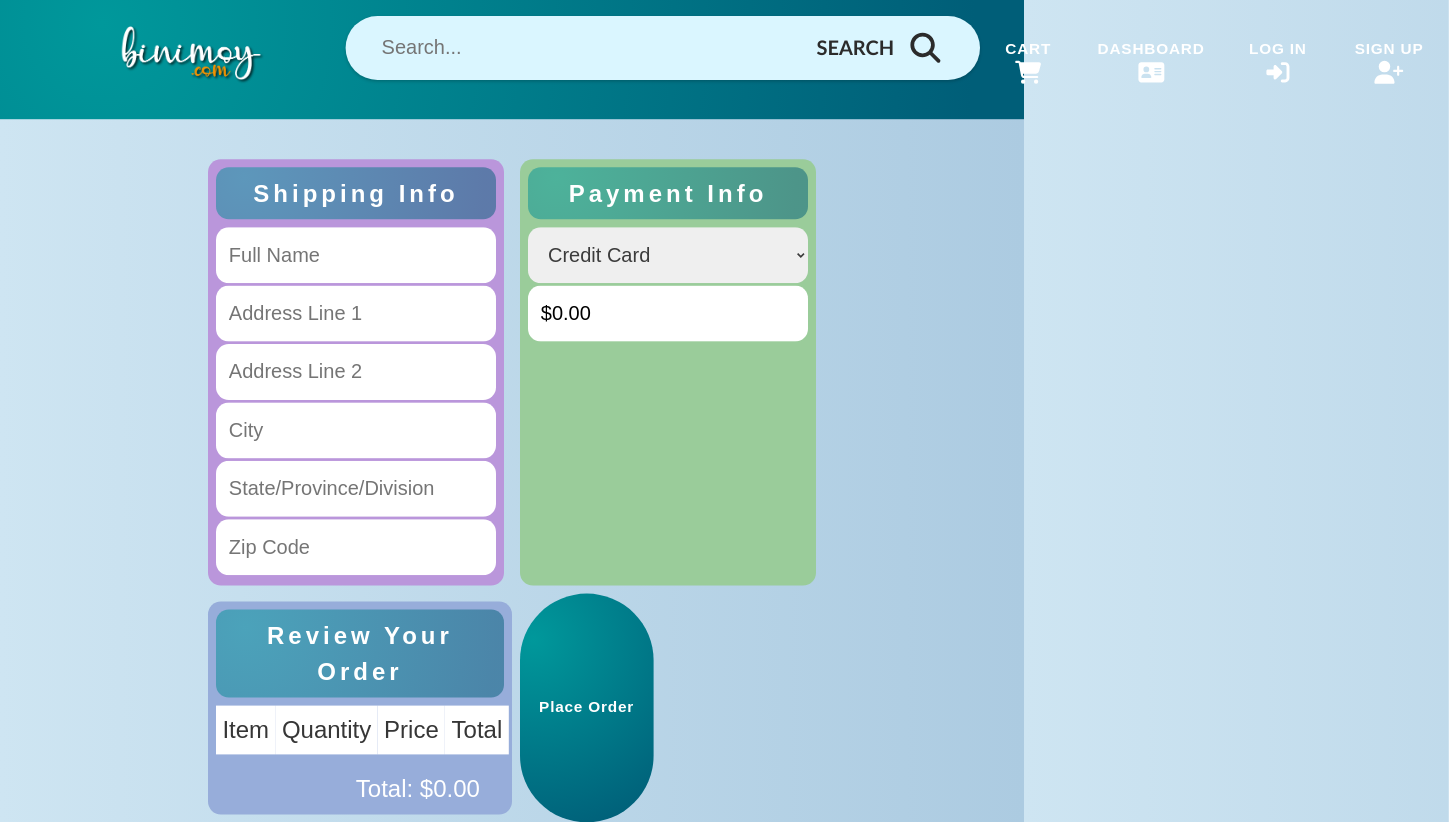
Repository: Shadman2024/2_1_DatabaseProject
Page: /checkout (app in frontend/)
These files come from the project's save history. The page is drawn as it stood at one moment and after the next save; the edit follows.
The browser window is 1280 px wide. The page is 1811 px wide, so the pictures cover 1811 px, including what lies to the right of the window. The pictures show the whole page, at 80% of full size.
Some web libraries are served in a nearby version. The project was rebuilt for these pictures with package versions that can differ from the ones it lists, and the page was loaded fresh each time. Also part of the build but not shown: frontend/src/App.css, frontend/src/signUp/signup.js, frontend/src/logIn/login.js, frontend/src/Home/home.module.css, frontend/src/Home/hero.js, frontend/src/Home/hero2.js, frontend/src/Home/hero3.js, frontend/src/Home/smallcategory.module.css and 31 more.

Above is the page before, as saved 2024-03-08 15:44:17.

After the next save:
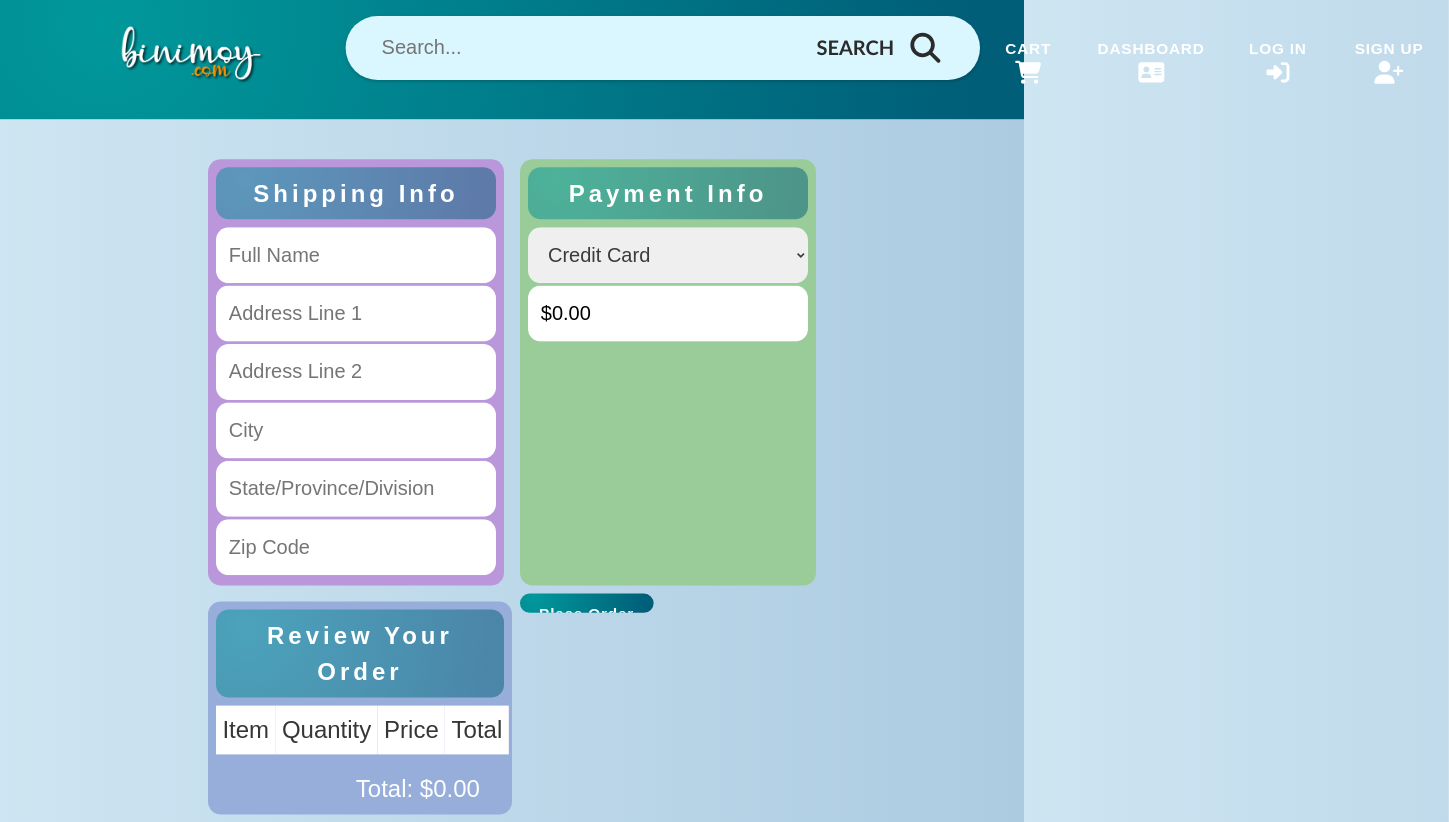
Saved 17 s later.
--- a/frontend/src/checkout/checkout.module.css
+++ b/frontend/src/checkout/checkout.module.css
@@ -158,6 +158,7 @@ input[type="text"]:focus {
 
 
   .animated_button {
+    height: 10px;
     position: relative;
     display: inline-block;
     padding: 12px 24px;
